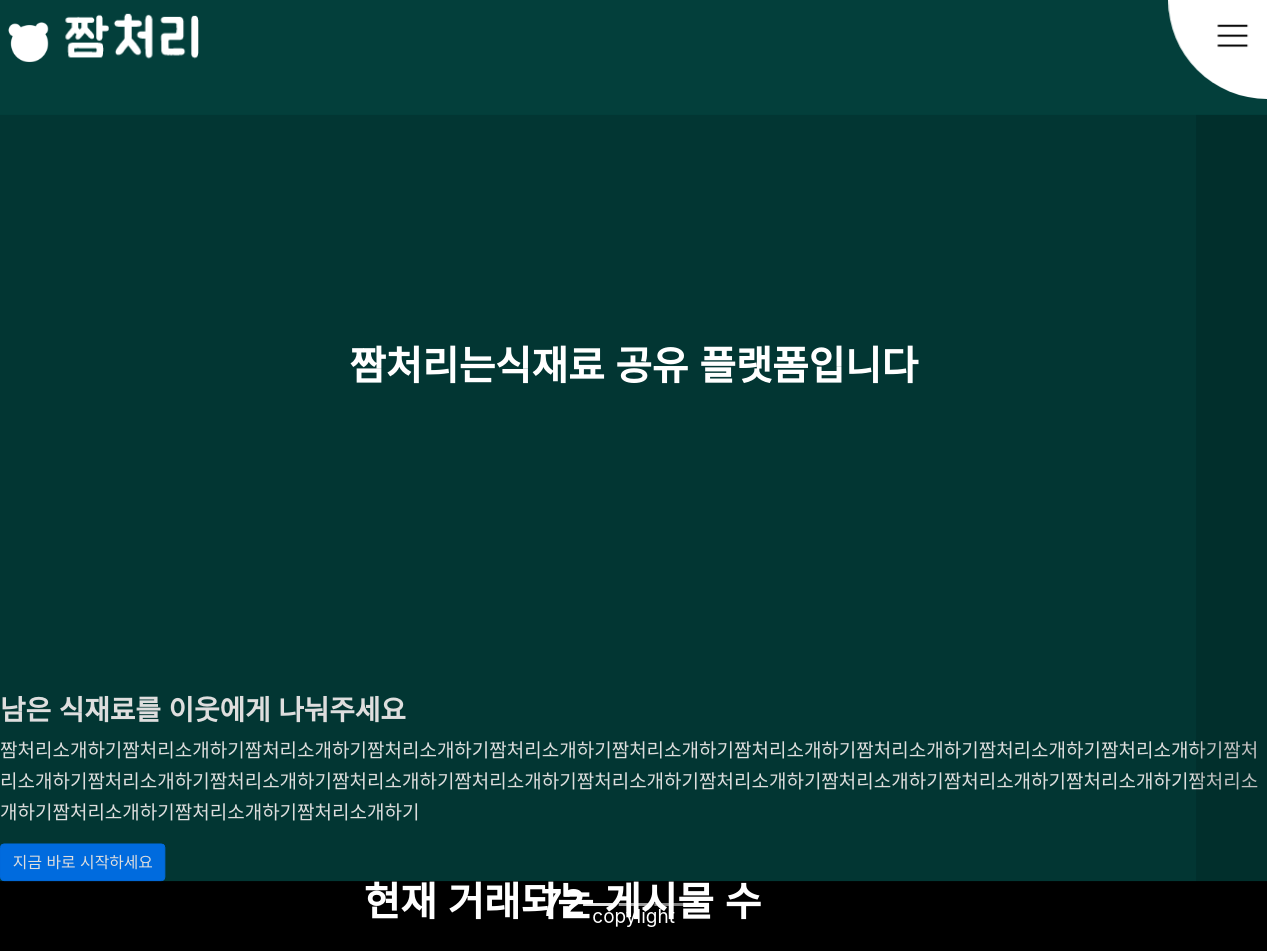
Repository: navang/JJAM_project
Page: http://localhost/jjam/jjam_intro.jsp
An editor plug-in stored every save of this project. The page is shown before and after the next save, followed by the edit.
The browser window is 1280 px wide. The pictures show the whole page, at 99% of full size.
Some web fonts or font styles are not loaded; a fallback is used. Some web libraries are served in a nearby version. The page is served by Tomcat 9. Nobody is signed in. The application's start-up code is not run. Other server files are loaded and not shown.

Above is the page before, as saved 2019-07-18 06:54:03.

### jjam/src/main/webapp/jjam_intro.jsp
<%@ page language="java" contentType="text/html; charset=UTF-8"
    pageEncoding="UTF-8"%>
<!DOCTYPE html>

<style>
</style>
<head>
    <meta charset="UTF-8">
    <meta name="viewport" content="width=device-width, initial-scale=1.0">
    <meta http-equiv="X-UA-Compatible" content="ie=edge">

    <link rel="stylesheet" href="https://stackpath.bootstrapcdn.com/bootstrap/4.3.1/css/bootstrap.min.css"
        integrity="sha384-ggOyR0iXCbMQv3Xipma34MD+dH/1fQ784/j6cY/iJTQUOhcWr7x9JvoRxT2MZw1T" crossorigin="anonymous">
    <script src="https://code.jquery.com/jquery-3.3.1.slim.min.js"
        integrity="sha384-q8i/X+965DzO0rT7abK41JStQIAqVgRVzpbzo5smXKp4YfRvH+8abtTE1Pi6jizo"
        crossorigin="anonymous"></script>
    <script src="https://cdnjs.cloudflare.com/ajax/libs/popper.js/1.14.7/umd/popper.min.js"
        integrity="sha384-UO2eT0CpHqdSJQ6hJty5KVphtPhzWj9WO1clHTMGa3JDZwrnQq4sF86dIHNDz0W1"
        crossorigin="anonymous"></script>
    <script src="https://stackpath.bootstrapcdn.com/bootstrap/4.3.1/js/bootstrap.min.js"
        integrity="sha384-JjSmVgyd0p3pXB1rRibZUAYoIIy6OrQ6VrjIEaFf/nJGzIxFDsf4x0xIM+B07jRM"
        crossorigin="anonymous"></script>
    <!-- https://getbootstrap.com/docs/4.3/getting-started/introduction/ 부트스트랩에서 가져옴-->


    <link rel="stylesheet" href="./resources/style/main.css">

    <link rel="stylesheet" href="./resources/style/index.css">

    <script src="https://kit.fontawesome.com/825d367943.js"></script>

</head>

<body>
<label>
    <img id="logo" style="width: 60px; height: 60px; position:fixed;" src="./resources/image/character.png" alt=""><img style="margin-left: 60px; position:fixed;" src="./resources/image/JJCR_white1.png">
</label>

    <label>
        <input type="checkbox"></input>
        <span class="menu">
          <span class="hamburger"></span>
        </span>
        <ul>
          <li>
            <a href="#">Home</a>
          </li>
          <li>
            <a href="#">About</a>
          </li>
          <li>
            <a href="#">Work</a>
          </li>
          <li>
            <a href="#">Login</a>
          </li>
        </ul>
      </label>






    <!--------------------------------------------------------------->

<div class="intro_form"> <!--전체화면 분할-->
    <div class=""></div> <!-- 상단 navbar로 인한 공백-->
    <div class=""><!-- carousel 칸-->
            <div class="carousel slide " id="myCarousel" data-ride="carousel">
                    <div class="carousel-inner">

                            <div class="carousel-item active " style="width: 100%">
                                    <img class=""  src="./resources/image/hidden.png" alt="">
                                <div  class="carousel-caption">
                                        <h1 >72</h1>
                                        <h1>현재 거래되는 게시물 수</h1>
                                </div>
                            </div>
                            <div class="carousel-item">
                                    <img class=""src="./resources/image/hidden.png" alt="">
                                    <div class="carousel-caption">
                                            <h1 class="bigfont">1,000</h1>
                                            <h1 ">절약한 음식물쓰레기 비용</h1>
                                    </div>
                                </div>
                                 <div class="carousel-item w">
                                        <img class=""  src="./resources/image/hidden.png" alt="">
                                <div class="carousel-caption">
                                        <h1 class="bigfont"></h1>
                                        <h1  >설명</h1>
                                </div>
                            </div>
                        </div>
                    <!-- 좌우 버튼 -->

                    <ul class="carousel-indicators">
                            <li class="active" data-target="#myCarousel" data-slide-to="0"></li>
                            <li data-target="#myCarousel" data-slide-to="1"></li>
                            <li data-target="#myCarousel" data-slide-to="2"></li>
                        </ul>
                 </div>

    </div>

    <!-- ----------------------------- 본문 ------------------------------------------------>





    <!---------------------------------->
 <div></div>
<div >
        <div >
             <h1>짬처리는식재료 공유 플랫폼입니다</h1>

             <h3>남은 식재료를 이웃에게 나눠주세요</h3>
             <p>짬처리소개하기짬처리소개하기짬처리소개하기짬처리소개하기짬처리소개하기짬처리소개하기짬처리소개하기짬처리소개하기짬처리소개하기짬처리소개하기짬처리소개하기짬처리소개하기짬처리소개하기짬처리소개하기짬처리소개하기짬처리소개하기짬처리소개하기짬처리소개하기짬처리소개하기짬처리소개하기짬처리소개하기짬처리소개하기짬처리소개하기짬처리소개하기</p>

             <button class="btn btn-primary" type="button">지금 바로 시작하세요 </button><!--다음페이지 링크 버튼-->

            </div>

            <div class="footer">copylight</div>

   </div>
   <!------------------------------------------------------------------------------>

  </div>

</body>


</html>

### jjam/src/main/webapp/resources/style/main.css
@charset "utf-8";

@font-face {
    font-family: NanumSquareR;
    src: url(../font/NanumSquareR.woff) format('woff');
}

@font-face {
    font-family: NanumSquareL;
    src: url(../font/NanumSquareL.woff) format('woff');
}

@font-face {
    font-family: NanumSquareB;
    src: url(../font/NanumSquareB.woff) format('woff');
}





/* background*/


h1, h2, h3, h5, p {
    font-family: NanumSquareR, sans-serif;
    font-weight: 500;
    color: white;
}
h4{
    font-family: NanumSquareR, sans-serif;
    font-weight: 500;
    color: black;
}

h1, h2, h3 {
    margin-top: 10px;
    margin-bottom: 10px;
    font-weight: 700;
}

body{

    background: #033f3b;
}

#top_navbar {
    background: rgba(0,0,0,0.7);
}
#top_navcolor {
    background-color: #147b6b;
}

#top_navbar-nav > li > a {
    padding-top: 20px;
    padding-bottom: 20px;
}

.separator {
    background: #59e;
    margin-top: 80px;
    padding: 21px;
    text-align: center;
    color: #fff;
}

.red {
    background: #fcc;
    border: #eaa solid 4px;
}

.yellow {
    background: #f6f6c0;
    border: #dd7 solid 4px;
}


.green {
    font:white;
    background: #147b6b;

}

.bluegreen {
    background: #aee;
    border: #8dd solid 4px;
}

.blue {
    background: #bcf;
    border: #9ae solid 4px;
}
/*1_ intro*/
.intro_form{
    display: grid;
     grid-template-columns: 100%;
    grid-template-rows: 60px 300px 300px ;
}

/*  풀어주기   */
.map-custom{
	width:700px;
	height:700px;
	position:relative;
	overflow:hidden;
	margin-left: 80px;
	border-radius:30px;
}

.carousel-item{
    width: 100%;

}

.bigfont{
	text-align:center;
	font-size: 600px;
    color: black;
    font-family: NanumSquareL;
    src: url(../font/NanumSquareL.woff) format('woff');
    margin-bottom:100px;

}

.carousel-caption * {
    color: white;

}
.white-text {
    color: white;
}
.row{
     display : grid;
     grid-template-columns: 100%;
     grid-template-rows: 70px 850px 100px ;
}
.mypage{
	display: grid;
	  grid-template-columns: 20% 60% 20%;
     grid-template-rows: 400px 1400px ;
}
.mypage-columns{
	display:grid;
	  grid-template-columns: 30% 70%;
 	text-align: center;

}
.mypage-rows{
	display:grid;
	  grid-template-rows: 30% 70%;


}
/* 햄버거*/
.ham{
	width:100px;
}

/* 2_search 페이지 */
.search{
    display : grid;
    grid-template-columns: 25% 50% 25%;
    grid-template-rows: 100px 300px 40px 50px 20px;
}
.search-grid {

    display : grid;
    text-align: center;
    grid-template-columns: 20% 20% 20% 20% 20%;
    grid-template-rows: 100px 100px 100px 100px 100px;
}
/* 3 form*/
/* 전체화면 분할*/
.modal-form{
    display : grid;
    grid-template-columns: 15% 70% 15%;
    grid-template-rows: 60px 500px ;

}
/* 가운데화면 분할*/
.modal-form-grid{
    display : grid;
    grid-template-columns: 60% 40%;
    grid-template-rows: 60px 100%;

}
/* */
.modal-inner-grid{
    display : grid;
    grid-template-columns: 50% 50%;

}

.modal-size{
    position: absolute;


}
/* modal fullsize*/
.modal-dialog.modal-fullsize {
    width: 150%; height: 100%; margin: 0; padding: 0;
}
.modal-content.modal-fullsize {
    height: auto;
    min-height: 100%;
    border-radius: 0;
  }


/* info modal img*/
.img-chatmodal{
    width:1900px;
    height: 950px;
    background-image:url('../image/chatbot_modal.png');
}

/*게시물 리스트*/
.form-list {
    display: grid;
    grid-template-columns:3% 20% 3% 74%;
    padding: 10px;
}


/* 5*5 그리드 */
#grid{
    display: grid;
    text-align: center;
    grid-template-columns:150px 150px 150px 150px 150px 150px;
}
/* 메인 1 페이지  */
.wrapper {
    display: grid;
    grid-template-columns: 5% 55% 40% ;
    grid-template-rows: 100px 7px 100px 30px 100px 100px 30px 100px 100px;
}

/* 4 login form*/
.login{
    display : grid;
    grid-template-columns: 30% 800px 27%;
    grid-template-rows: 100px 800px ;
}
.login-set{
    color : #1f0a01;
    background-color: white;
    border-radius: 15px;
    display:grid;
    grid-template-rows: 80px 380px 300px 40px;
    text-align: center;

}
.login-set.login-form{
    display: grid;
    grid-template-columns:240px 320px 240px;
    grid-template-rows: 100px 100px 100px ;

}
.design-border{
    border: silver solid 2px;
}

/* 7_result*/
.result-form{
    display: grid;
     grid-template-columns: 15% 70% 15%;
    grid-template-rows: 200px 300px 300px ;
}
.result-form-item{
	display:grid;
	  text-align:center;
	  grid-template-columns:100%;

}
.result-form-item-line{
	 background:white;
 	text-align:center;
	  border-radius: 50px;
	  width:73%;
	  height:3px;
	  margin-left:180px;

}
.result-button{
	width:100px;
	height:40px;
	border-radius:30px;
	background:white;

}
/* footer*/
.footer {
    left: 0;
    bottom: 0;
    width: 100%;
	padding: 20px 0;
	text-align: center;
	color: white;
	background:  black;
}
.card {
  height: 30%;
}
.card-columns {
    @include media-breakpoint-only(lg) {
      column-count: 4;
    }
    @include media-breakpoint-only(xl) {
      column-count: 5;
    }
  }
@media (max-width:640px) {
    .bigfont{
        font-size: 700%;
    }
    .search{
        display : grid;
        grid-template-columns: 0px 100% 0px;
        grid-template-rows: 100px 600px 30px 30px 20px ;
    }
      /* 5*5 그리드 */
    #grid{
    display: grid;
    text-align: center;
    grid-template-columns:160px 160px 160px;
}

    .wrapper {
    display: grid;
    grid-template-columns: 5% 90% 5% ;
    grid-template-rows: 100px 60px 30% 30px 70px 100px 100px 100px 10px;
    }
    .search-grid {

        display : grid;
        text-align: center;
        grid-template-columns: 25% 25% 25% 25%;
        grid-template-rows: 50px  50px  50px 50px  50px  50px;
    }


    .mypage{
	display: grid;
	  grid-template-columns: 100%;
     grid-template-rows: 0px  0px   170px  0px   500px;
}
.mypage-columns{
	display:grid;
	 grid-template-columns: 100%;
		  grid-template-rows: 400px 50%;

}
.mypage-rows{
	display:grid;

		  grid-template-template: 100%;
		   grid-template-rows: 60% 40%;
}
.mypage-menu{
	display:grid;

		  grid-template-rows: 25% 25% 25% 25%;
}


    /*챗 모달 사용설명서*/
    .img-chatmodal{
        width:640px;
        height: 950px;
        background-image:url('../image/chatbot_modal_mobile.png');

    }
    /* modal fullsize*/
    .modal-dialog.modal-fullsize {
    width: 100%; height: 100%; margin: 0; padding: 0;
    }
    .modal-content.modal-fullsize {
    height: auto;
    min-height: 100%;
    border-radius: 0;
  }
    /* 가운데화면 분할*/
    .modal-form-grid{
    display : grid;
    grid-template-columns: 100%;
    grid-template-rows: 30px 30px 440px;

    }
    .modal-inner-grid{
        display : grid;
        grid-template-columns: 100%;

    }
    /* 4 login form*/
    .login{
    display : grid;
    grid-template-columns: 0px 640px 0px;
    grid-template-rows: 50px 640px ;
}
.result-form{
    display: grid;
     grid-template-columns: 0% 100% 0%;
    grid-template-rows: 100px 700px 100px ;
}
.ham{
	width:100px;
}
/* footer*/
.footer {
    left: 0;
    bottom: 0;
    width: 100%;
	padding: 20px;
	text-align: center;
	color: white;
	background:  black;
}


}

### jjam/src/main/webapp/resources/style/index.css
@import url('https://fonts.googleapis.com/css?family=Cutive+Mono');
*, *:before, *:after {
  box-sizing: border-box;
}

body {

  font-size: 1.2em;
  line-height: 1.6;

  overflow-x: hidden;
}
label .menu {
  position: fixed;
  right: -100px;
  top: -100px;
  z-index: 100;
  width: 200px;
  height: 200px;
  background: #fff;
  border-radius: 50% 50% 50% 50%;
  transition: 0.5s ease-in-out;
  box-shadow: 0 0 0 0 #fff, 0 0 0 0 #fff;
  cursor: pointer;
}
label .hamburger {
  position: absolute;
  top: 135px;
  left: 50px;
  width: 30px;
  height: 2px;
  background: #000;
  display: block;
  transform-origin: center;
  transition: 0.5s ease-in-out;
}
label .hamburger:after, label .hamburger:before {
  transition: 0.5s ease-in-out;
  content: "";
  position: absolute;
  display: block;
  width: 100%;
  height: 100%;
  background: #000;
}
label .hamburger:before {
  top: -10px;
}
label .hamburger:after {
  bottom: -10px;
}
label input {
  display: none;
}
label input:checked + .menu {
  box-shadow: 0 0 0 100vw #fff, 0 0 0 100vh #fff;
  border-radius: 0;
}
label input:checked + .menu .hamburger {
  transform: rotate(45deg);
}
label input:checked + .menu .hamburger:after {
  transform: rotate(90deg);
  bottom: 0;
}
label input:checked + .menu .hamburger:before {
  transform: rotate(90deg);
  top: 0;
}
label input:checked + .menu + ul {
  opacity: 1;
}
label ul {
  z-index: 200;
  position: absolute;
  top: 50%;
  left: 50%;
  transform: translate(-50%, -50%);
  opacity: 0;
  transition: 0.25s 0s ease-in-out;
}
label a {
  margin-bottom: 1em;
  display: block;
  color: #000;
  text-decoration: none;
}
h1 {
  position: absolute;
  top: 50%;
  left: 50%;
  transform: translate(-50%, -50%);
  width: 80%;
  text-align: center;
}

After the next save:
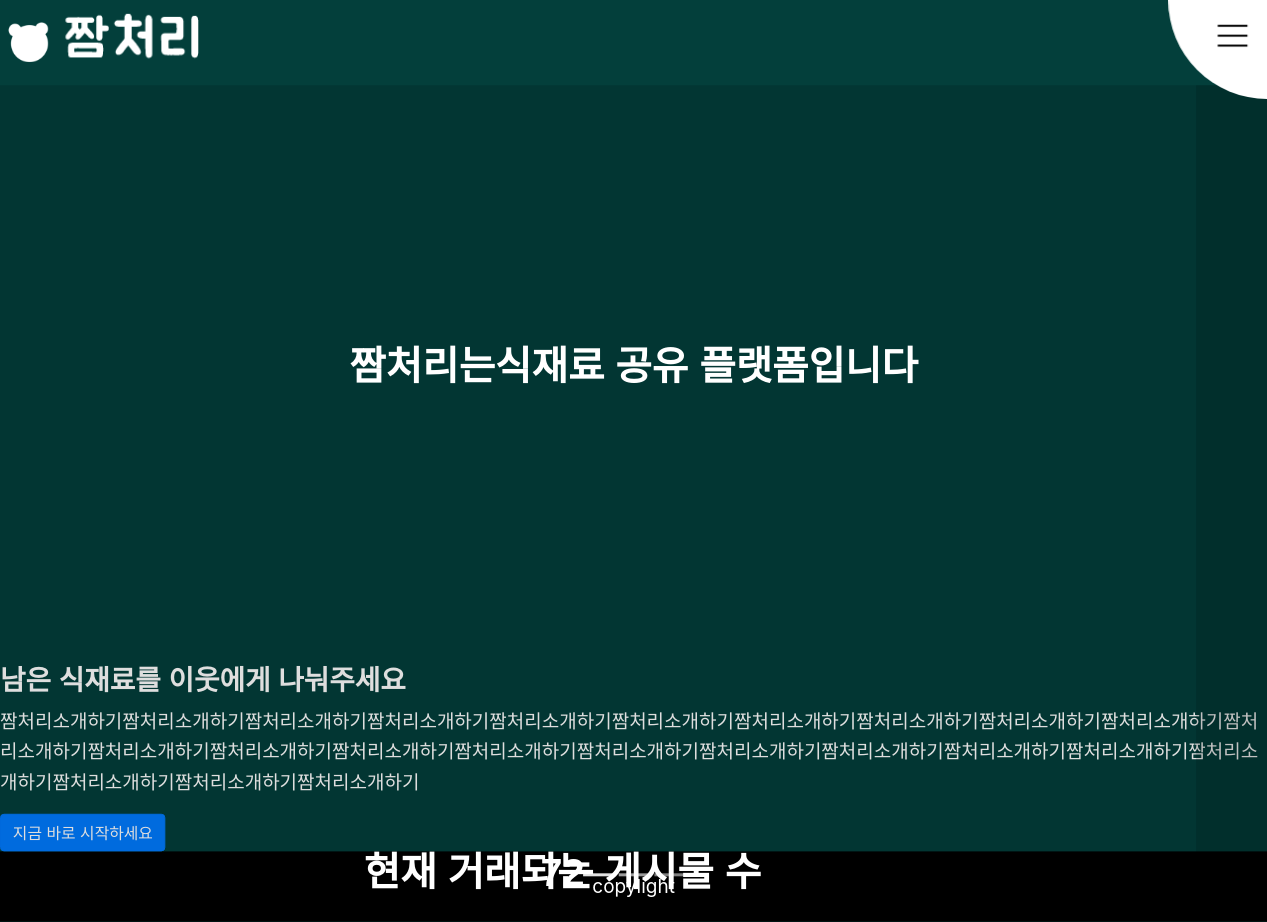
Saved 12 s later.
--- a/jjam/src/main/webapp/resources/style/main.css
+++ b/jjam/src/main/webapp/resources/style/main.css
@@ -94,7 +94,7 @@ body{
 .intro_form{
     display: grid;
      grid-template-columns: 100%;
-    grid-template-rows: 60px 300px 300px ;
+    grid-template-rows: 30px 300px 300px ;
 }
 
 /*  풀어주기   */
